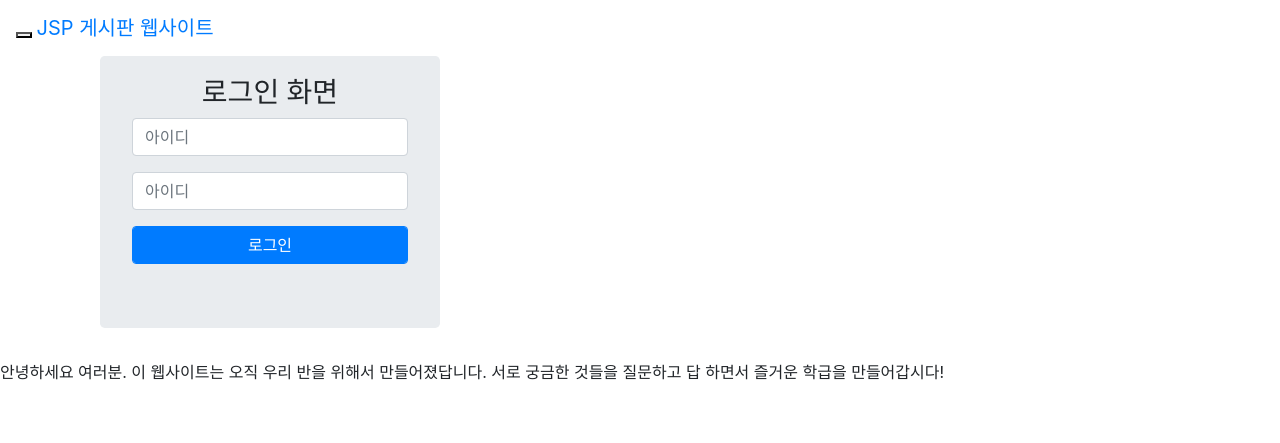
Repository: Munro-L/I-spy-oT__cuHacking-2019
Page: http://localhost/BBS/login.jsp
An editor plug-in stored every save of this project. The page is shown before and after the next save, followed by the edit.
The browser window is 1280 px wide. The pictures show the whole page.
The page is served by Tomcat 9. Other server files are loaded and not shown.

Above is the page before, as saved 2019-02-01 06:35:11.

### BBS-master/projects/BBS/WebContent/login.jsp
<%@ page language="java" contentType="text/html; charset=UTF-8"
    pageEncoding="UTF-8"%>
<!DOCTYPE html>
<html>
<head>
<meta http-equiv="Content-Type" content="text/html, charset="UTF-8">
<meta name="viewport" content="width=device-width", intial-scale="1">
<link rel="stylesheet" href="css/bootstrap.css">
<title>질문있어요!</title>
</head>
<body>

	<nav class="navbar navbar-default">
		<div class="navbar-header">
			<button type="button" class="navbar-toggle collapsed"
			data-toggle="collapse" data-target="#bs-example-navbar-collapse-1"
			aria-expanded="false">
				<span class="icon-bar"></span>
				<span class="icon-bar"></span>
				<span class="icon-bar"></span>
			</button>
			<a class="navbar-brand" href="main.jsp">JSP 게시판 웹사이트</a>
		</div>
	</nav>
	<div class="container">
		<div class="col-lg-4"></div>
		<div class="col-lg-4">
			<div class="jumbotron" style="padding-top: 20px;">
				<form method="post" action="loginAction.jsp">
					<h3 style="text-align:center;">로그인 화면</h3>
					<div class="form-group">
						<input type="text" class="form-control" placeholder="아이디" name="userID" maxlength="20">
					</div>
					<div class="form-group">
						<input type="text" class="form-control" placeholder="아이디" name="userPassword" maxlength="20">
					</div>
					<input type="submit" class="btn btn-primary form-control" value="로그인">
				</form>

			</div>
		</div>
	</div>

		<p>안녕하세요 여러분. 이 웹사이트는 오직 우리 반을 위해서 만들어졌답니다.
	서로 궁금한 것들을 질문하고 답 하면서 즐거운 학급을 만들어갑시다! </p>
	<script
  src="https://code.jquery.com/jquery-3.3.1.min.js"
  integrity="sha256-FgpCb/KJQlLNfOu91ta32o/NMZxltwRo8QtmkMRdAu8="
  crossorigin="anonymous"></script>
  <script src="js/bootstrap.js"></script>
</html>

Loaded but not shown: BBS-master/projects/BBS/WebContent/css/bootstrap.css (library); BBS-master/projects/BBS/WebContent/js/bootstrap.js (library)

After the next save:
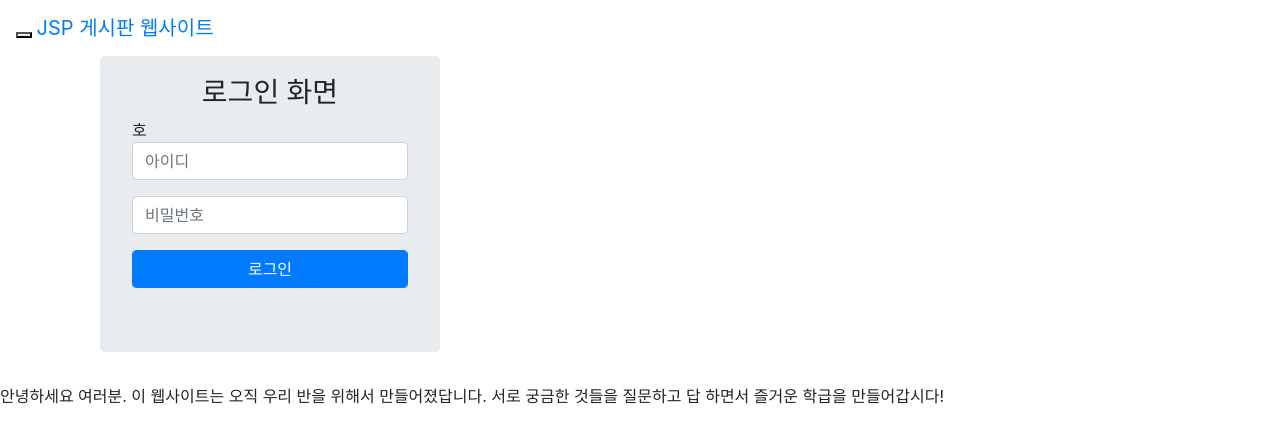
Saved 19 s later.
--- a/BBS-master/projects/BBS/WebContent/login.jsp
+++ b/BBS-master/projects/BBS/WebContent/login.jsp
@@ -27,12 +27,12 @@
 		<div class="col-lg-4">
 			<div class="jumbotron" style="padding-top: 20px;">
 				<form method="post" action="loginAction.jsp">
-					<h3 style="text-align:center;">로그인 화면</h3>
+					<h3 style="text-align:center;">로그인 화면</h3>호
 					<div class="form-group">
 						<input type="text" class="form-control" placeholder="아이디" name="userID" maxlength="20">
 					</div>
 					<div class="form-group">
-						<input type="text" class="form-control" placeholder="아이디" name="userPassword" maxlength="20">
+						<input type="text" class="form-control" placeholder="비밀번호" name="userPassword" maxlength="20">
 					</div>
 					<input type="submit" class="btn btn-primary form-control" value="로그인">
 				</form>
